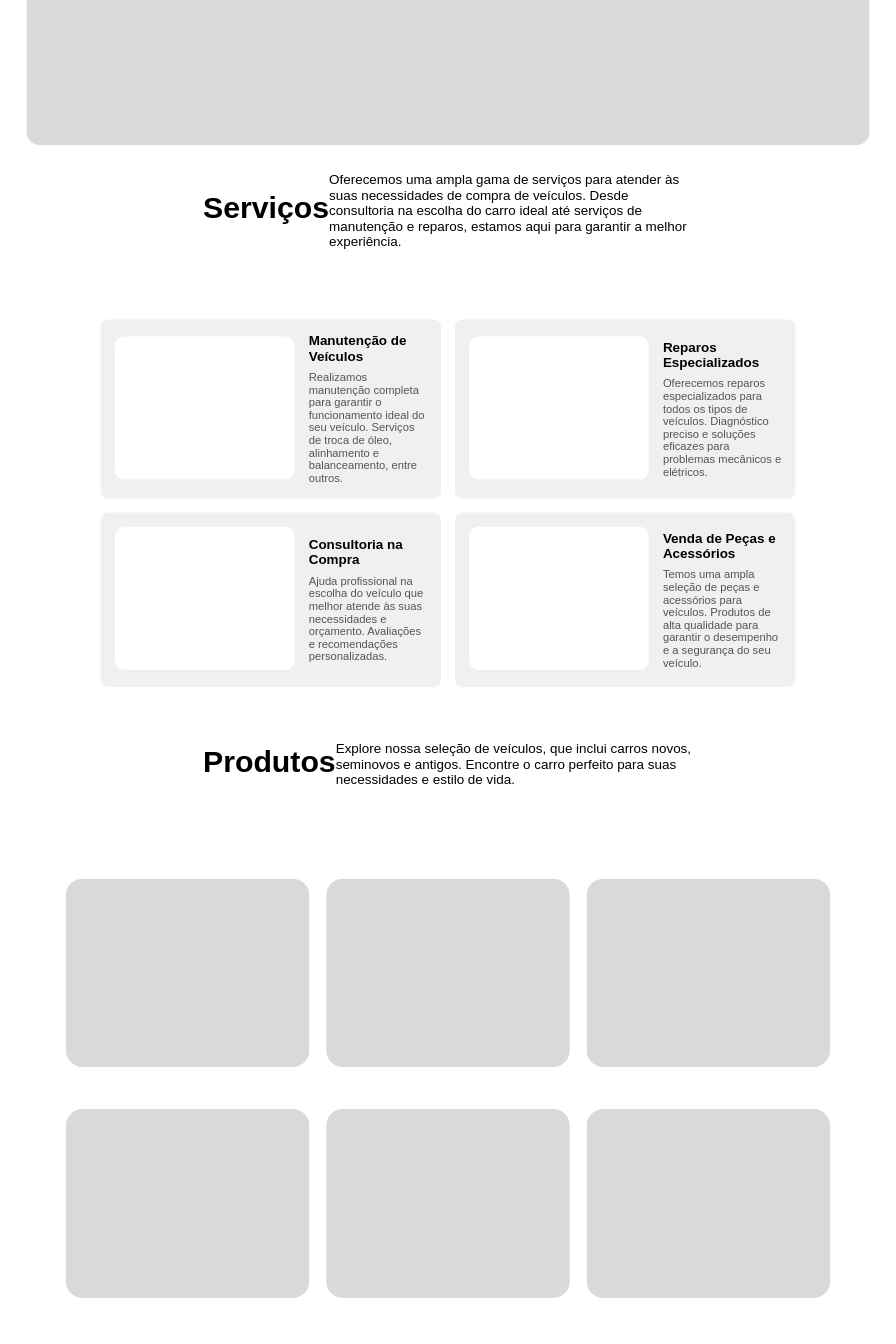
Repository: Matheus904-12/Reforma
Page: index.html
The author's editor kept a copy of each file at every save. The page is drawn from the files as they stood at one save, then again after the next save.
The browser window is 1280 px wide. The pictures show the part of the page from y = 476 to 2396 px (the page is 3771 px tall before and 3837 px after), at 70% of full size.
Some web libraries are served in a nearby version.

Above is the page before, as saved 2024-08-12 19:37:02.
Console error: TypeError: Cannot read properties of undefined (reading 'click')

After the next save:
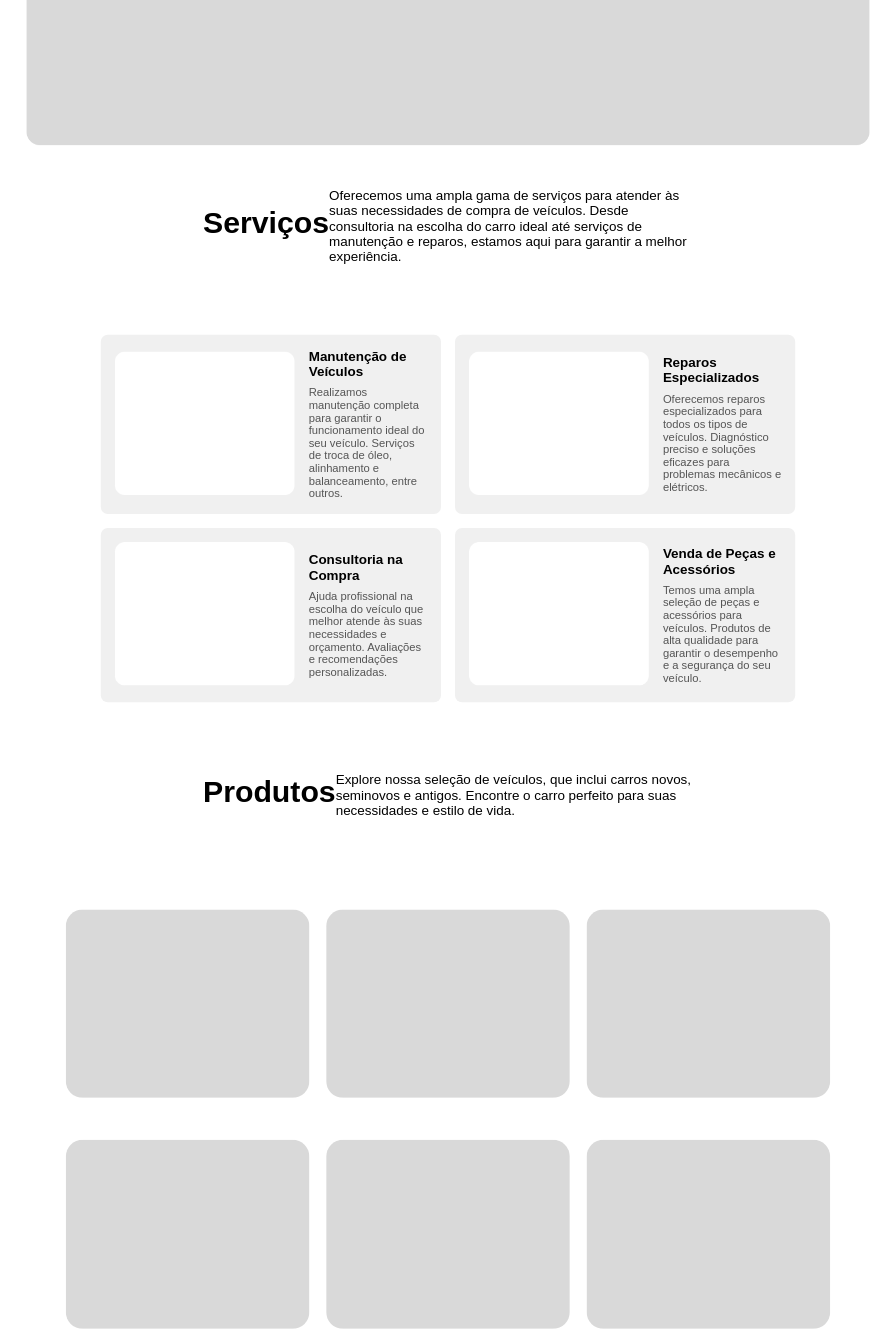
Saved 23 s later.
--- a/CSS/styles.css
+++ b/CSS/styles.css
@@ -152,7 +152,7 @@ header {
 
 .servicos {
     padding: 100px;
-    margin-top: -122px;
+    margin-top: -100px;
 }
 
 .servicos-header {
